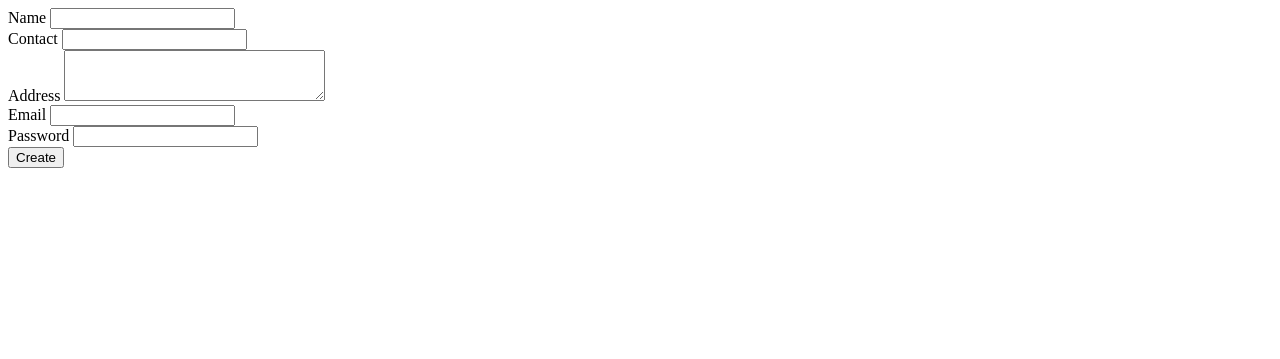
Repository: RahulLanjewar93/doctor
Page: http://localhost/signup.php
An editor plug-in stored every save of this project. The page is shown before and after a run of saves, followed by the edit.
The browser window is 1280 px wide. The pictures show the whole page.
The page is run by PHP 8.4 with error messages shown; the project is at /var/www/html/.

Above is the page before, as saved 2022-03-17 00:49:09.
Console error: ReferenceError: $ is not defined

### signup.php
<?php session_start() ?>
<div class="container-fluid">
	<form action="" id="signup-frm">
		<div class="form-group">
			<label for="" class="control-label">Name</label>
			<input type="text" name="name" required id="name" class="form-control">
		</div>
		<div class="form-group">
			<label for="" class="control-label">Contact</label>
			<input type="text" name="contact" required id="contact" class="form-control">
		</div>
		<div class="form-group">
			<label for="" class="control-label">Address</label>
			<textarea cols="30" rows="3" name="address" required class="form-control"></textarea>
		</div>
		<div class="form-group">
			<label for="" class="control-label">Email</label>
			<input type="email" name="email" required class="form-control">
		</div>
		<div class="form-group">
			<label for="" class="control-label">Password</label>
			<input type="password" name="password" required class="form-control">
		</div>
		<button class="button btn btn-info btn-sm">Create</button>
	</form>
</div>

<style>
	#uni_modal .modal-footer {
		display: none;
	}
</style>
<script>
(function () {
  'use strict'

  // Fetch all the forms we want to apply custom Bootstrap validation styles to
  var forms = document.querySelectorAll('.needs-validation')

  // Loop over them and prevent submission
  Array.prototype.slice.call(forms)
    .forEach(function (form) {
      form.addEventListener('submit', function (event) {
        if (!form.checkValidity()) {
          event.preventDefault()
          event.stopPropagation()
        }

        form.classList.add('was-validated')
      }, false)
    })
})()
</script>
<script>


	$('#signup-frm').submit(function (e) {
		e.preventDefault()
    	var NameRegex = /^[a-zA-Z\s]*$/;
		var ContactRegex =  /^\(?([0-9]{3})\)?[-. ]?([0-9]{3})[-. ]?([0-9]{4})$/;
		const name = $("#name").val();
		const contact = $("#contact").val();
		console.log("name",name,typeof(name))
		console.log("contact",contact)
		if(!NameRegex.test(name)){
			console.log('not valid')
			$('#signup-frm').prepend(
						'<div class="alert alert-danger">Name is not valid</div>')

			return
		}else{
			console.log('name is valid')
		}
		if(!ContactRegex.test(contact)){
			$('#signup-frm').prepend(
						'<div class="alert alert-danger">Contact is not valid</div>')
			return

		}else{
			console.log('phone is valid')
		}
		$('#signup-frm button[type="submit"]').attr('disabled', true).html('Saving...');
		if ($(this).find('.alert-danger').length > 0)
			$(this).find('.alert-danger').remove();
		$.ajax({
			url: 'admin/ajax.php?action=signup',
			method: 'POST',
			data: $(this).serialize(),
			error: err => {
				console.log(err)
				$('#signup-frm button[type="submit"]').removeAttr('disabled').html('Create');

			},
			success: function (resp) {
				if (resp == 1) {
					location.reload();
				} else {
					$('#signup-frm').prepend(
						'<div class="alert alert-danger">Email already exist.</div>')
					$('#signup-frm button[type="submit"]').removeAttr('disabled').html('Create');
				}
			}
		})
	})
</script>

After the next 2 saves:
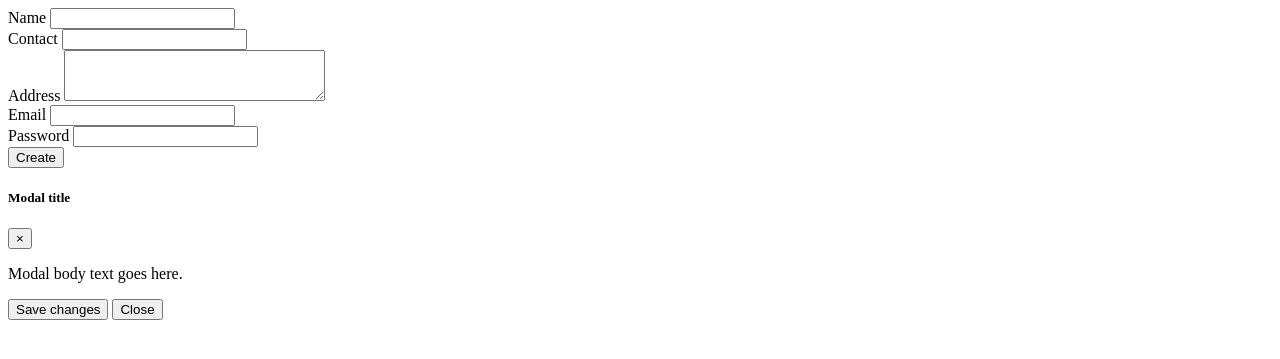
The 2 saves are shown as one change because they came seconds apart.
The last was saved 5 min 17 s later.
--- a/signup.php
+++ b/signup.php
@@ -23,6 +23,26 @@
 		</div>
 		<button class="button btn btn-info btn-sm">Create</button>
 	</form>
+
+		<div class="modal hide" tabindex="-1" role="dialog">
+	<div class="modal-dialog" role="document">
+		<div class="modal-content">
+		<div class="modal-header">
+			<h5 class="modal-title">Modal title</h5>
+			<button type="button" class="close" data-dismiss="modal" aria-label="Close">
+			<span aria-hidden="true">&times;</span>
+			</button>
+		</div>
+		<div class="modal-body">
+			<p>Modal body text goes here.</p>
+		</div>
+		<div class="modal-footer">
+			<button type="button" class="btn btn-primary">Save changes</button>
+			<button type="button" class="btn btn-secondary" data-dismiss="modal">Close</button>
+		</div>
+		</div>
+	</div>
+	</div>
 </div>
 
 <style>
@@ -65,7 +85,8 @@
 		if(!NameRegex.test(name)){
 			console.log('not valid')
 			$('#signup-frm').prepend(
-						'<div class="alert alert-danger">Name is not valid</div>')
+
+			)
 
 			return
 		}else{
